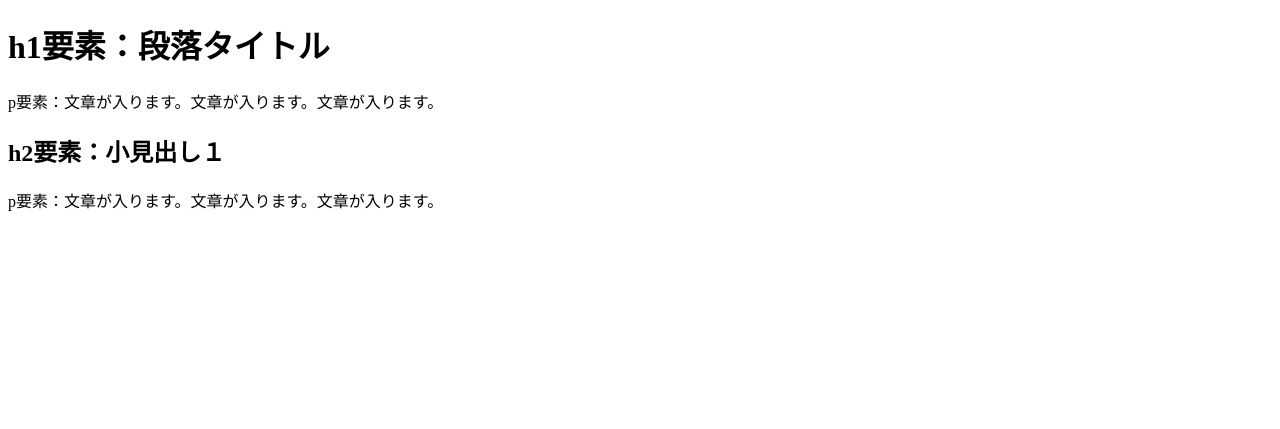
Repository: sachiko23/samurai_HTML-CSS
Page: index.html
The author's editor kept a record of every edit. The page is drawn from the files as they stood at one moment, then again after the next edit.
The browser window is 1280 px wide. The pictures show the whole page.

Above is the page before.

### index.html
<!DOCTYPE html>
<html lang="ja">
    <head>
        <meta charset="UTF-8">
        <title>HTML/CSSの学習</title>
    </head>
    <body>
        <h1 class="blue">h1要素：段落タイトル</h1>
        <p>p要素：文章が入ります。文章が入ります。文章が入ります。</p>
        <h2 class="blue">h2要素：小見出し１</h2>
        <p class="fs-25">p要素：文章が入ります。文章が入ります。文章が入ります。</p>
　　</body>
</html>

After the next edit:
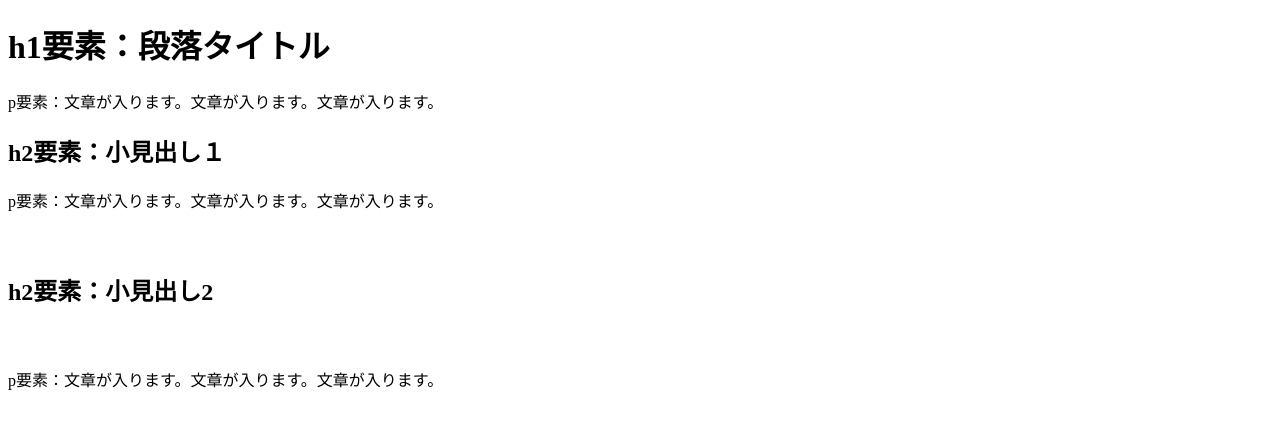
The edit:
--- a/index.html
+++ b/index.html
@@ -9,5 +9,7 @@
         <p>p要素：文章が入ります。文章が入ります。文章が入ります。</p>
         <h2 class="blue">h2要素：小見出し１</h2>
         <p class="fs-25">p要素：文章が入ります。文章が入ります。文章が入ります。</p>
+　　    <h2 id="red">h2要素：小見出し2</h2>
+　　    <p class="fw-bold">p要素：文章が入ります。文章が入ります。文章が入ります。</p>
 　　</body>
 </html>
